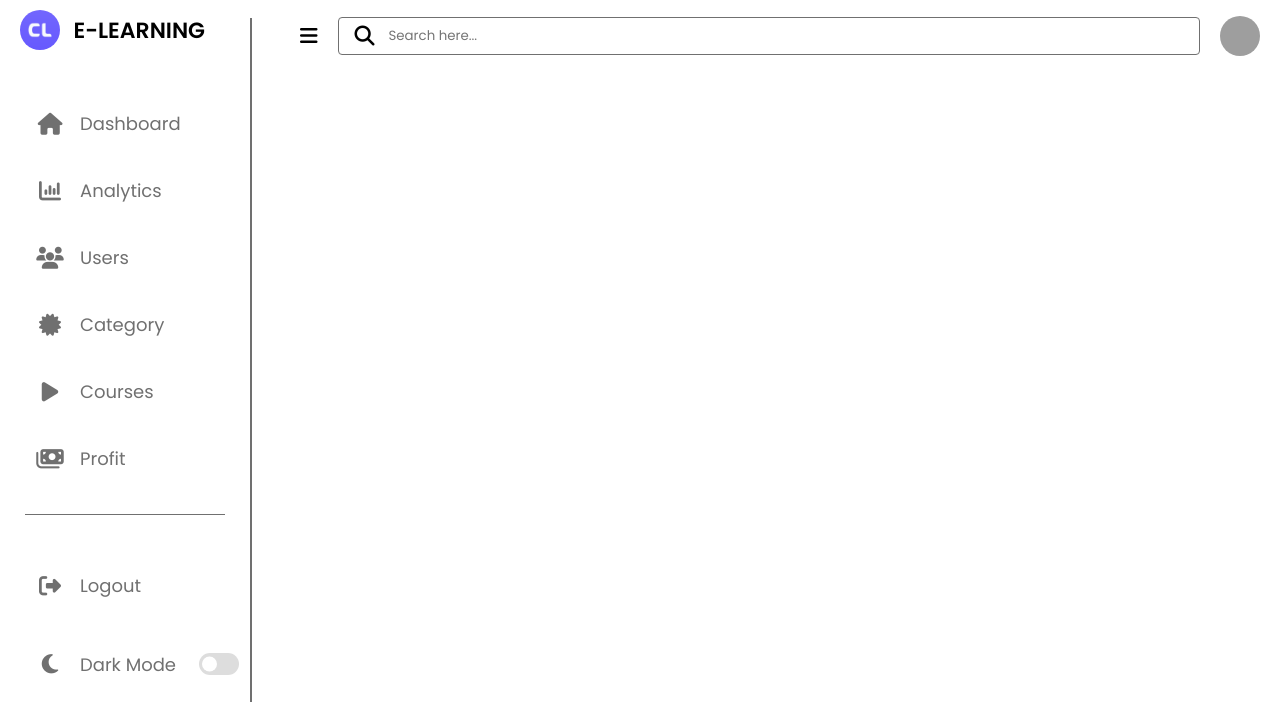
Repository: phamngocthang/practice-html-css
Page: Admin/dist/index.html
These files come from the project's save history. The page is drawn as it stood at one moment and after the next save; the edit follows.
The browser window is 1280 px wide. The pictures show the whole page.
Pictures or frames that could not be fetched are drawn as grey boxes. The style sheet was rebuilt from its Sass, Less or Tailwind sources for each picture, by a compiler version that may differ from the author's.

Above is the page before, as saved 2023-10-24 22:55:17.

After the next save:
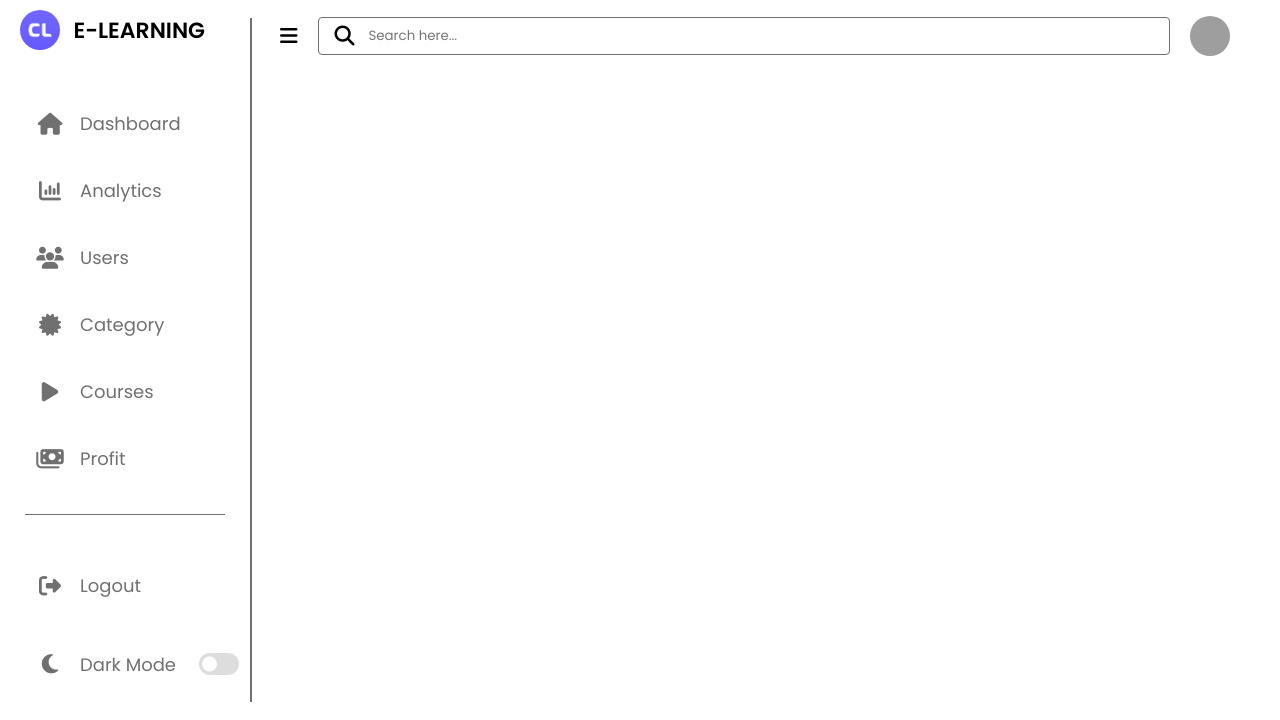
Saved 8 s later.
--- a/Admin/scss/main.scss
+++ b/Admin/scss/main.scss
@@ -201,7 +201,7 @@ nav {
         display: flex;
         align-items: center;
         justify-content: space-between;
-        padding: 10px 20px 10px 50px;
+        padding: 10px 50px 10px 30px;
 
         i {
             font-size: 20px;
